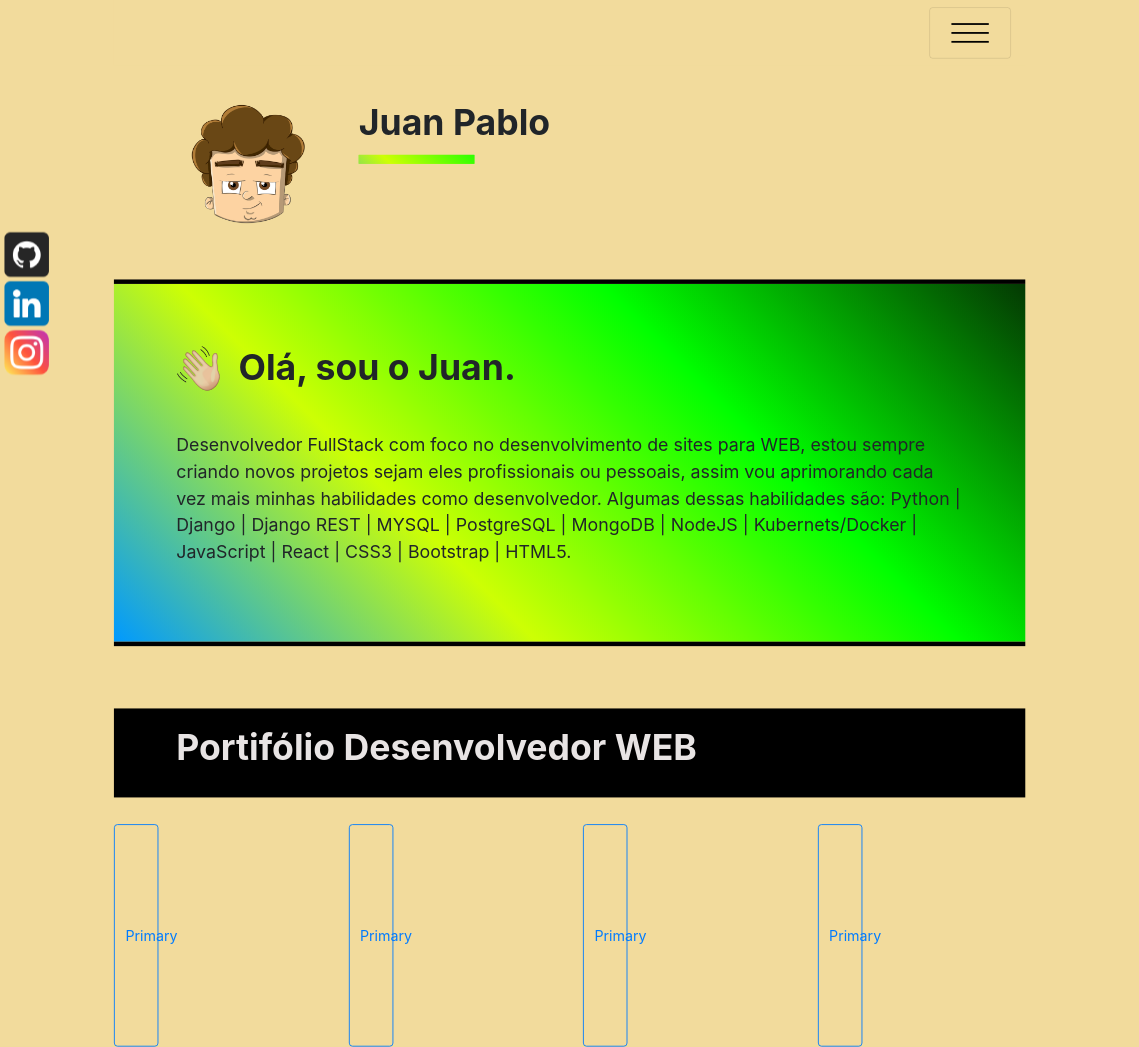
Repository: JuanPabloDS/portifolio
Page: http://localhost/
An editor plug-in stored every save of this project. The page is shown before and after the next save, followed by the edit.
The browser window is 1280 px wide. The pictures show the whole page, at 89% of full size.
The page is served by the project's application, run on Django 4.2 (manage.py). Other server files are loaded and not shown.

Above is the page before, as saved 2023-02-22 23:16:37.

### core/templates/index.html
{% extends 'base.html' %}

{% block content %}

{% include 'perfil.html' %}

{% include 'apresentacao.html' %}

{% include 'developer.html' %}

{% include 'footer.html' %}

{% endblock %}

### core/templates/base.html
{% load static %}
<!DOCTYPE html>
<html lang="pt-br">

    <head>
        <!-- Required meta tags -->
        <meta charset="UTF-8">
        <meta http-equiv="X-UA-Compatible" content="IE=edge">
        <meta name="viewport" content="width=device-width, initial-scale=1.0">
        <title>Portifólio</title>

        <!-- Bootstrap CSS -->
        <link rel="stylesheet" href="{% static 'css/bootstrap.min.css' %}">
        <link rel="stylesheet" href="{% static 'css/style.css' %}">


    </head>

    <body>
        <div class="pos-f-t">
            <nav class="navbar navbar-light menu">
              <button class="navbar-toggler" type="button" data-toggle="collapse" data-target="#navbarToggleExternalContent" aria-controls="navbarToggleExternalContent" aria-expanded="false" aria-label="Toggle navigation">
                <div class="burger"><i></i><i></i><i></i></div>
              </button>
            </nav>
            <div class="collapse" id="navbarToggleExternalContent">
              <div class="bg-dark p-4">
                <div class="menu-itens">
                  <h1>HOME</h1>
                </div>
                <div class="menu-itens">
                  <h1>HOME</h1>
                </div>
                <div class="menu-itens">
                  <h1>HOME</h1>
                </div>
                <div class="menu-itens">
                  <h1>HOME</h1>
                </div>
              </div>
            </div>
          </div>
{% block content %}
{% endblock %}

### core/templates/perfil.html
{% load static %}
<div class="perfil">
    <img src="{% static '/img/perfil/eu.png' %}" alt="">
    <div class="borda">
        <h1>Juan Pablo</h1>
    </div>
</div>

### core/templates/apresentacao.html
{% load static %}
<div class="apresentacao">
    <div class="texto">
        <div>
            <img src="{% static '/img/icons/acenar.png' %}" alt="">
            <h1>Olá, sou o Juan.</h1>
        </div>
        <div class="paragrafo">
            <p>Desenvolvedor FullStack com foco no desenvolvimento de sites para WEB, estou sempre criando
            novos projetos sejam eles profissionais ou pessoais, assim vou aprimorando cada vez
            mais minhas habilidades como desenvolvedor. Algumas dessas habilidades são:
            Python | Django | Django REST | MYSQL | PostgreSQL | MongoDB | NodeJS | Kubernets/Docker |
            JavaScript | React | CSS3 | Bootstrap | HTML5.   </p>
        </div>
    </div>
    <div class="icons">
        <img src="{% static '/img/icons/github.png' %}" alt="">
        <img src="{% static '/img/icons/linkedin.png' %}" alt="">
        <img src="{% static '/img/icons/instagram.png' %}" alt="">
    </div>
</div>

### core/templates/developer.html
{% load static %}
<div class="dev">
    <div class="dev-1">
        <h1>Portifólio Desenvolvedor WEB</h1>
    </div>
    <div class="dev-menu row">
        <div class="col-sm">
            <button type="button" class="btn btn-outline-primary">Primary</button>
        </div>
        <div class="col-sm">
            <button type="button" class="btn btn-outline-primary">Primary</button>
        </div>
        <div class="col-sm">
            <button type="button" class="btn btn-outline-primary">Primary</button>
        </div>
        <div class="col-sm">
            <button type="button" class="btn btn-outline-primary">Primary</button>
        </div>
    </div>
</div>

### core/templates/footer.html
{% load static %}
<!-- jQuery first, then Tether, then Bootstrap JS. -->
<script src="{% static 'js/jquery.js' %}"></script>
<script src="{% static 'js/bootstrap.js' %}" ></script>
<script src="{% static 'js/bootstrap.min.js' %}" ></script>
<script src="{% static 'js/bootstrap.bundle.js' %}" ></script>
<script src="{% static 'js/bootstrap.bundle.min.js' %}" ></script>
</body>
</html>

### core/views.py
from django.views.generic import TemplateView

class IndexView(TemplateView):
    template_name: str = 'index.html'

### portifolio/urls.py
"""portifolio URL Configuration

The `urlpatterns` list routes URLs to views. For more information please see:
    https://docs.djangoproject.com/en/4.1/topics/http/urls/
Examples:
Function views
    1. Add an import:  from my_app import views
    2. Add a URL to urlpatterns:  path('', views.home, name='home')
Class-based views
    1. Add an import:  from other_app.views import Home
    2. Add a URL to urlpatterns:  path('', Home.as_view(), name='home')
Including another URLconf
    1. Import the include() function: from django.urls import include, path
    2. Add a URL to urlpatterns:  path('blog/', include('blog.urls'))
"""
from django.contrib import admin
from django.urls import path, include

from django.conf.urls.static import static
from django.conf import settings

urlpatterns = [
    path('admin/', admin.site.urls),
    path('', include('core.urls')),
] + static(settings.MEDIA_URL, document_root=settings.MEDIA_ROOT)

### core/urls.py
from django.urls import path
from .views import IndexView

urlpatterns = [
    path('', IndexView.as_view(), name='index')
]

### core/static/css/style.css
/*! Menu inicial */

body{
    width: 80%;
    margin: auto;
    background-color: #f2db9c;
}

@media screen and (max-width: 600px) {
    body{
        width: 100%;
        margin: auto;
    }

}

.burger {

    z-index: 9998;
    cursor: pointer;
    padding: 5px 4px;
    background-color: transparent;
}

.burger i {
    display: block;
    width: 42px;
    height: 2px;
    margin: 8px;
    background-color: black;
}

.burger:active,
.burger:focus {
 outline-color:0;
 outline-style:none;
 outline-width:0
}
.burger i {
 display:block;
 width:42px;
 height:2px;
 margin:8px;
 background-color:black
}

.burger i:nth-child(n) {
 -moz-transition:-moz-transform .45s cubic-bezier(.43,.77,.15,1.5),background .3s ease;
 -o-transition:-o-transform .45s cubic-bezier(.43,.77,.15,1.5),background .3s ease;
 -webkit-transition:-webkit-transform .45s cubic-bezier(.43,.77,.15,1.5),background .3s ease;
 transition:transform .45s cubic-bezier(.43,.77,.15,1.5),background .3s ease
}
.burger.hover i:nth-child(1) {
 -moz-transform:translate3d(0,-4px,0);
 -ms-transform:translate3d(0,-4px,0);
 -webkit-transform:translate3d(0,-4px,0);
 transform:translate3d(0,-4px,0)
}
.burger.hover i:nth-child(3) {
 -moz-transform:translate3d(0,4px,0);
 -ms-transform:translate3d(0,4px,0);
 -webkit-transform:translate3d(0,4px,0);
 transform:translate3d(0,4px,0)
}
.burger.st-1 {
 animation:rotate-back-in .8s cubic-bezier(.2,.86,.35,1) forwards;
 -webkit-animation:rotate-back-in .8s cubic-bezier(.2,.86,.35,1) forwards
}
.burger.st-1 i:nth-child(1) {
 -moz-transform:translate3d(0,9px,0);
 -ms-transform:translate3d(0,9px,0);
 -webkit-transform:translate3d(0,9px,0);
 transform:translate3d(0,9px,0)
}
.burger.st-1 i:nth-child(3) {
 -moz-transform:translate3d(0,-9px,0);
 -ms-transform:translate3d(0,-9px,0);
 -webkit-transform:translate3d(0,-9px,0);
 transform:translate3d(0,-9px,0)
}
.burger.st-2 {
 animation:rotate-back-out .85s cubic-bezier(.2,.86,.35,1) forwards;
 -webkit-animation:rotate-back-out .85s cubic-bezier(.2,.86,.35,1) forwards
}
.burger.st-2 i:nth-child(1) {
 -moz-transform:translate3d(0,10px,0) rotate(45deg) scale(1.5);
 -ms-transform:translate3d(0,10px,0) rotate(45deg) scale(1.5);
 -webkit-transform:translate3d(0,10px,0) rotate(45deg) scale(1.5);
 transform:translate3d(0,10px,0) rotate(45deg) scale(1.5)
}
.burger.st-2 i:nth-child(2) {
 opacity:0
}
.burger.st-2 i:nth-child(3) {
 -moz-transform:translate3d(0,-10px,0) rotate(-45deg) scale(1.5);
 -ms-transform:translate3d(0,-10px,0) rotate(-45deg) scale(1.5);
 -webkit-transform:translate3d(0,-10px,0) rotate(-45deg) scale(1.5);
 transform:translate3d(0,-10px,0) rotate(-45deg) scale(1.5)
}
.burger.st-2.hover i:nth-child(1) {
 -moz-transform:translate3d(0,10px,0) rotate(50deg) scale(1.5);
 -ms-transform:translate3d(0,10px,0) rotate(50deg) scale(1.5);
 -webkit-transform:translate3d(0,10px,0) rotate(50deg) scale(1.5);
 transform:translate3d(0,10px,0) rotate(50deg) scale(1.5)
}
.burger.st-2.hover i:nth-child(3) {
 -moz-transform:translate3d(0,-10px,0) rotate(-50deg) scale(1.5);
 -ms-transform:translate3d(0,-10px,0) rotate(-50deg) scale(1.5);
 -webkit-transform:translate3d(0,-10px,0) rotate(-50deg) scale(1.5);
 transform:translate3d(0,-10px,0) rotate(-50deg) scale(1.5)
}

.menu{
    height: 20%;
    background-color: #f2db9c;
    color: black;
}

.menu button{
    position: relative;
    right: inherit;
    float: right;
    margin-left: auto;
    color: black;
}

.menu span {
    color: black;
}



.menu-itens {
    height: 80px;
    background-color: blue;
    text-align: center;
    padding-top: 13px;
    margin-bottom: 10px;
    font-size: 50%;
}

@media screen and (max-width: 600px){
    .menu button{
        position: relative;
        padding-top: 0;
        right: inherit;
        padding-right: 0;
        padding-left: 5px;
        padding-bottom: 0;
        width: 60px;
        height: 50px;
    }

    .menu-itens {
        height: 30px;
        background-color: blue;
    }

    .menu-itens h1 {
        font-size: 150%;
        line-height: 0.2;
    }

    .burger i {
        width:25px;
        height:2px;
       }
}

/*! Fim Menu inicial */

/*! Perfil */

.perfil{
    padding-top: 40px;
    padding-left: 80px;
    margin-bottom: 200px;
}

.perfil img {
    width: 140px;
    height: 140px;
    float: left;
}

.perfil h1 {
    margin-left: 50px;
    position: absolute;
    font-weight: bold;


}
.borda{
    position: relative;
    padding-left: 145px;
}

.borda::before, .borda::after{
    content: '';
    position: absolute;
    z-index: -1;
    width: calc(130px);
    height: calc(10px);
    top: 60px;
    background: linear-gradient(45deg, #0099ff, #cdff04, #00ff00, #043903 );
    margin-left: 50px;
    background-size: 300%;
    animation: AnimarBorda 8s linear infinite;

}

@keyframes AnimarBorda {
    0% {
        background-position: 0;
    }
    100% {
        background-position: 300%;
    }
}

@media screen and (max-width: 900px) {
    .perfil {
        padding-left: 20px;
        margin-bottom: 100px;

    }
    .perfil img {
        width: 60px;
        height: 60px;
    }
    .perfil h1 {
        font-size: 30px;
    }

    .borda{
        padding-left: 30px;
    }

    .borda::before, .borda::after{
        margin-left: 20px;
        top: 40px;

    }

}

/*! Fim Perfil */

/*! Apresentaçao */

.apresentacao{
    background-color: #f2e5c0;
    padding: 70px;
    position: relative;
    border-bottom: 5px solid black;
    border-top: 5px solid black;
    background: linear-gradient(45deg,#0099ff, #cdff04, #00ff00, #043903
    );
    animation-name: ring;
    animation-duration: 1000ms;
    animation-timing-function: linear;
    animation-iteration-count: infinite;
    display: flex;
    justify-content: center;
    align-items: center;

@keyframes ring {
    0%{
        tranform:rotate(-360deg)
    }
}

}

.texto {
    display: flex;
    flex-direction: column ;
    flex-wrap: wrap;
}

.texto h1 {
    margin-left: 20px;
    font-weight: bold;
    float: left;
    align-self: stretch;
}

.texto img {
    width: 50px;
    height: 50px;
    float: left;
}

.paragrafo p {
    margin-top: 40px;
    font-size: 20px;
}

.icons{
    position: fixed;
    padding-bottom: 23%;
    padding-left: 5px;
    bottom: 0;
    left: 0;
    width: 50px;
}

.icons img{
    width: 50px;
    height: 50px;
    margin-bottom: 5px;
}

@media screen and (max-width: 900px) {
    .icons{
        width: 20px;
    }

    .icons img{
        width: 20px;
        height: 20px;
        margin-bottom: 5px;
    }

    .texto h1 {
        font-size: 20px;
    }

    .texto img {
        width: 25px;
        height: 25px;
    }

    .paragrafo p {
        margin-top: 20px;
        font-size: 15px;
    }

}

/*! Fim Apresetação */

/*! Developer */

.dev-1 {
    margin-top: 70px;
    height: 100px;
    background-color: black;
    padding-top: 20px;
    padding-left: 70px;
}

.dev-1 h1 {
    color: rgb(232, 228, 228);
    font-weight: bold;

}

.dev-menu {
    margin-top: 30px;
    display: flex;
    flex-direction: row ;
    flex-wrap: wrap;
}

.dev-menu button {
    width: 50px;
    height: 250px;
}

Loaded but not shown: core/static/css/bootstrap.min.css (library); core/static/js/jquery.js (library); core/static/js/bootstrap.js (library); core/static/js/bootstrap.min.js (library); core/static/js/bootstrap.bundle.js (library); core/static/js/bootstrap.bundle.min.js (library)

After the next save:
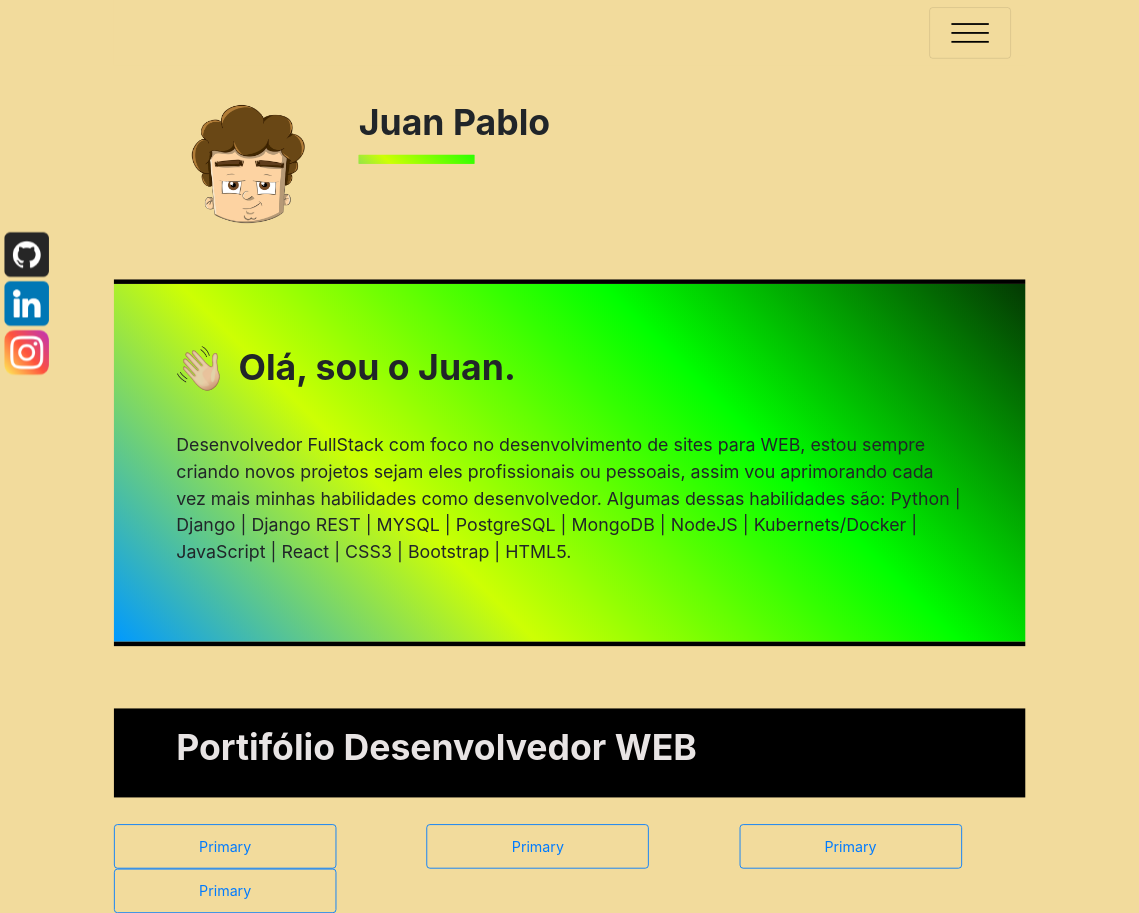
Saved 10 s later.
--- a/core/static/css/style.css
+++ b/core/static/css/style.css
@@ -364,6 +364,6 @@ body{
 }
 
 .dev-menu button {
-    width: 50px;
-    height: 250px;
-}
+    width: 250px;
+    height: 50px;
+}
